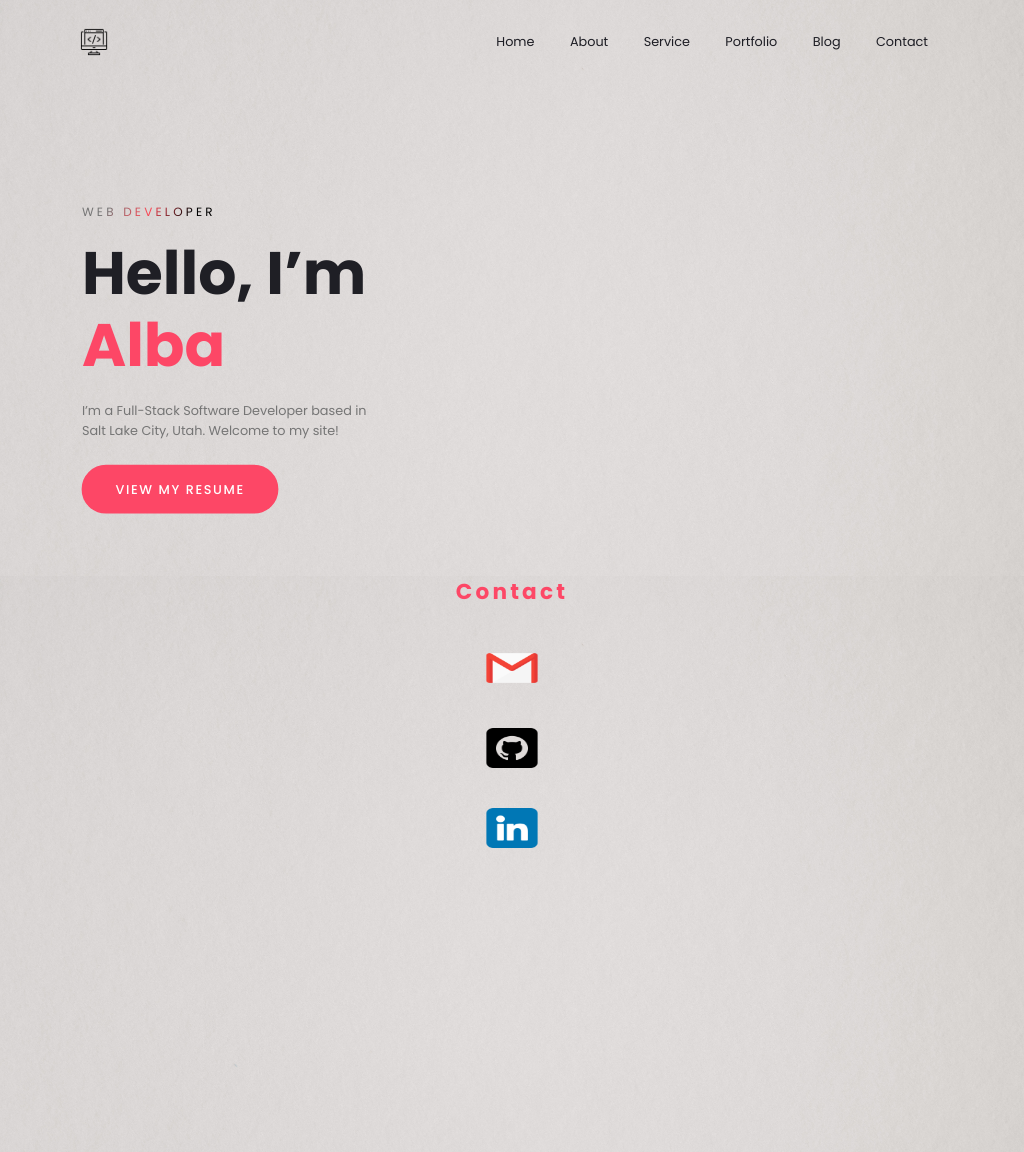
Repository: pilar122/port
Page: index.html
The author's editor kept a copy of each file at every save. The page is drawn from the files as they stood at one save, then again after the next save.
The browser window is 1280 px wide. The pictures show the whole page, at 80% of full size.

Above is the page before, as saved 2022-01-31 18:59:38.

After the next save:
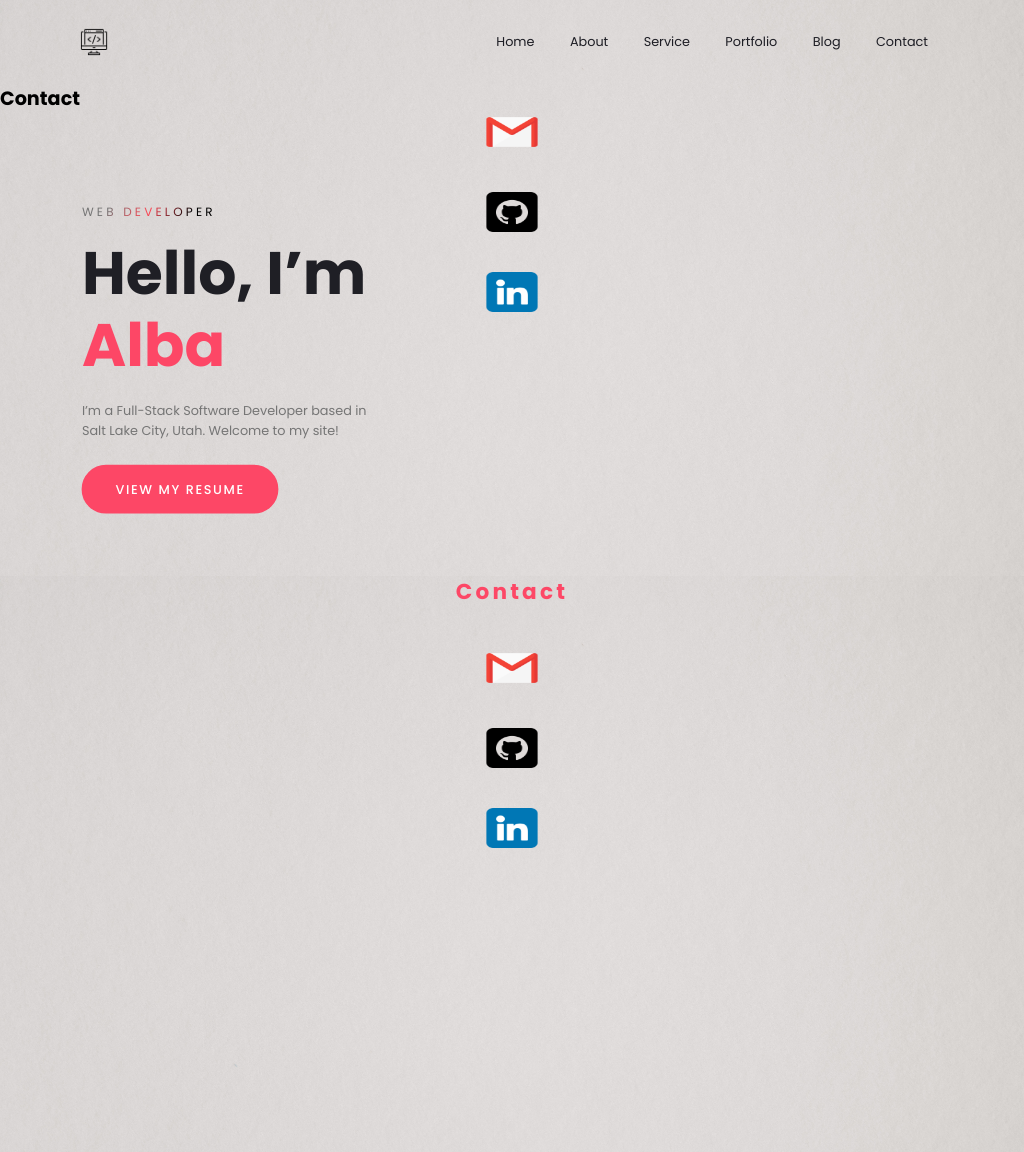
Saved 6 min 31 s later.
--- a/index.html
+++ b/index.html
@@ -26,6 +26,24 @@
             <p>I’m a Full-Stack Software Developer based in Salt Lake City, Utah. Welcome to my site!</p>
             <a href="https://docs.google.com/document/d/1-5NqQs53X55snoyWaPBF-iuk-xL4VE2I0psmDuApD5Q/edit?usp=sharing" class="btn"> View my Resume</a>
         </div>
+
+        <div class="text">
+            <h2>Contact</h2>
+            <ul>
+                <a href="mailto:aurorapilarte@gmail.com">
+                    <img src="/Users/albapilarte/Desktop/port/img/gmail.png" class="center1" width="50" height="50">
+                </a>
+                <br></br>
+                  <a href="https://github.com/pilar122/">
+                    <img src="/Users/albapilarte/Desktop/port/img/github.png" class="center2" width="50" height="50">
+                  </a>
+                  <br></br>
+                  <a href="https://www.linkedin.com/in/alba-pilarte-8590471b7/">
+                    <img src="/Users/albapilarte/Desktop/port/img/linkedin.png" class="center3" width="50" height="50">
+                  </a>
+                  <br></br>
+            </ul>
+        </div>
     </div>
     <section class="contact">
         <div class="section-title" id="contact">
